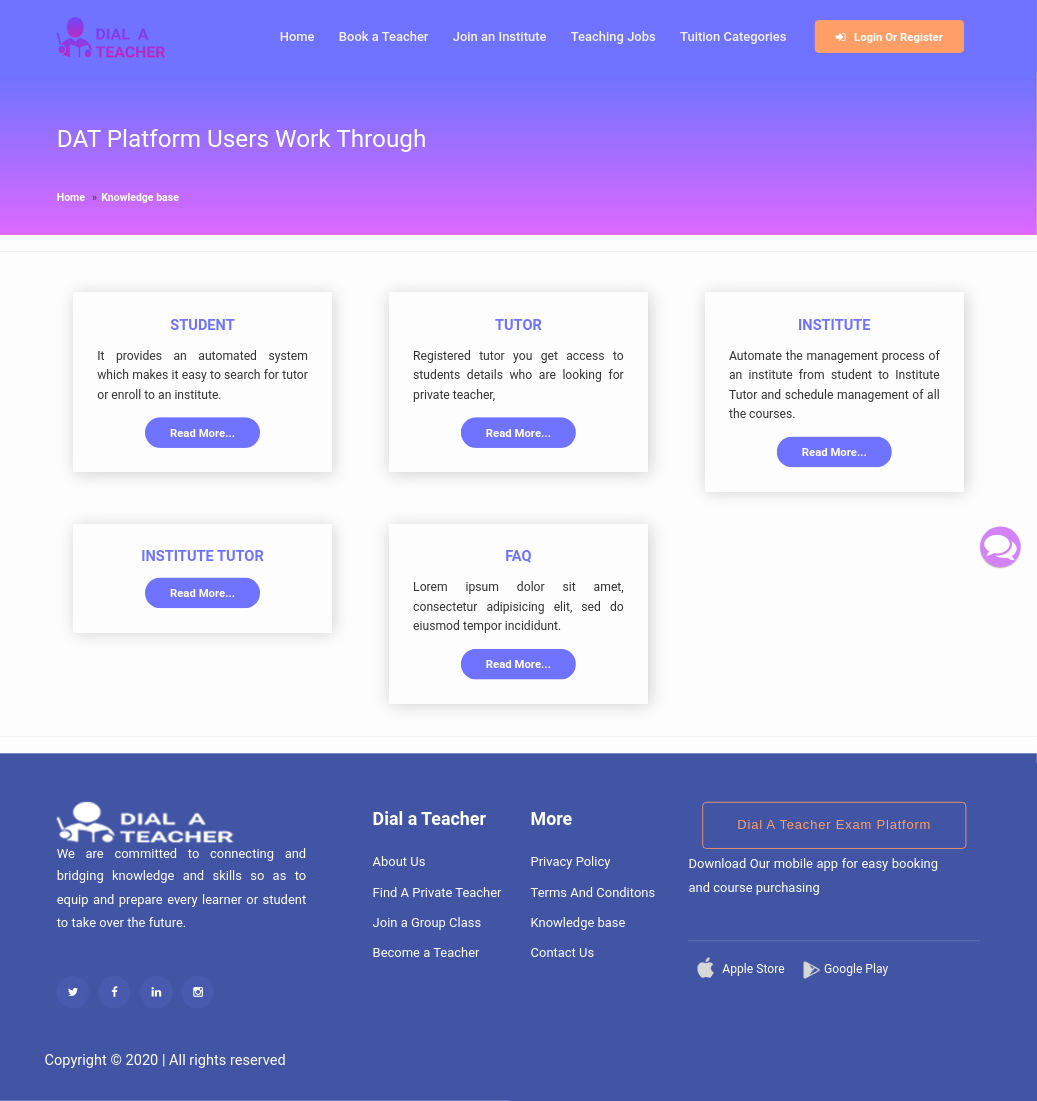
Repository: Samkiroko/DAT_knowledge
Page: faqs.html
The author's editor kept a copy of each file at every save. The page is drawn from the files as they stood at one save, then again after the next save.
The browser window is 1280 px wide. The pictures show the whole page, at 81% of full size.

Above is the page before, as saved 2020-12-16 15:56:29.
Console error: TypeError: e.indexOf is not a function

After the next save:
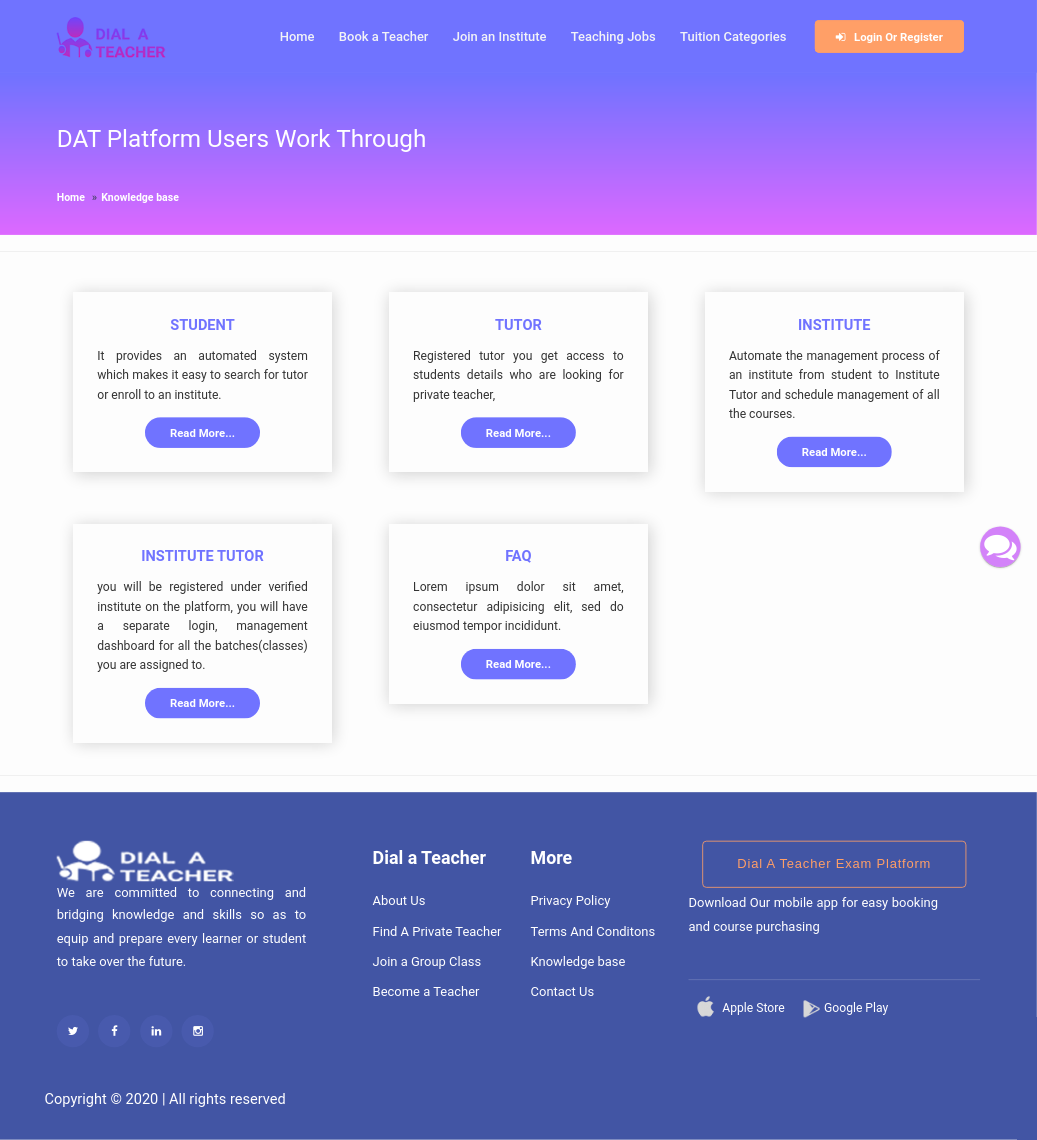
Saved 47 s later.
--- a/faqs.html
+++ b/faqs.html
@@ -171,7 +171,9 @@
                         <a href="ttinstDashboard.html" class="mwb-documentation-section__lists
                         overflow" data-aos="flip-up">
                             <h3>INSTITUTE TUTOR</h3>
-                            <p> </p>
+                            <p>you will be registered under verified institute on the platform, you
+                            will have a separate
+                                login, management dashboard for all the batches(classes) you are assigned to. </p>
                             <button type="button" class="mwb-primary-btn mwb-documentation-section__btn">Read
                                 more...</button>
                         </a>
